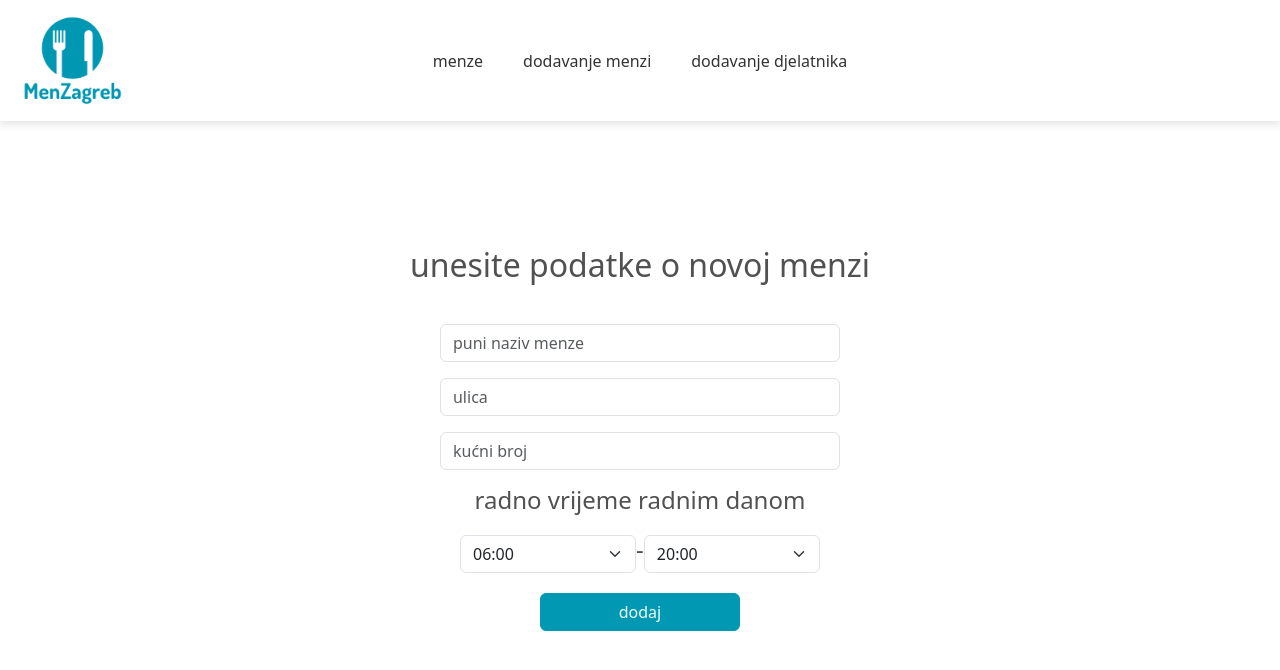
Repository: MENZG/menZg
Page: /admin/dodajMenzu (app in IzvorniKod/)
An editor plug-in stored every save of this project. The page is shown before and after the next save, followed by the edit.
The browser window is 1280 px wide. The pictures show the whole page.
The project was rebuilt for these pictures with package versions that can differ from the ones it lists, and the page was loaded fresh each time. Also part of the build but not shown: IzvorniKod/vite.config.ts, IzvorniKod/src/Components/LoginForm.tsx, IzvorniKod/src/Components/AdminLogin.tsx, IzvorniKod/src/Components/EmployeeLogin.tsx, IzvorniKod/src/Components/NavBar.tsx, IzvorniKod/src/Components/ListaMenza.tsx, IzvorniKod/src/Components/Profil.tsx, IzvorniKod/src/Components/ListaEmployees.tsx and 6 more.

Above is the page before, as saved 2024-11-07 14:07:37.

### IzvorniKod/index.html
<!DOCTYPE html>
<html lang="en">
  <head>
    <meta charset="UTF-8" />
    <meta name="viewport" content="width=device-width, initial-scale=1.0" />
    <link rel="preconnect" href="https://fonts.googleapis.com">
    <link rel="preconnect" href="https://fonts.gstatic.com" crossorigin>
    <link href="https://fonts.googleapis.com/css2?family=Poiret+One&display=swap" rel="stylesheet">
    <title>MenZG</title>
  </head>
  <body>
    <div id="root"></div>
    <script type="module" src="/src/main.tsx"></script>
  </body>
</html>

### IzvorniKod/src/App.tsx
import {
  BrowserRouter as Router,
  Routes,
  Route,
  Navigate,
} from "react-router-dom";

import LoginForm from "./Components/LoginForm.tsx";
import AdminLogin from "./Components/AdminLogin.tsx";
import "bootstrap/dist/css/bootstrap.min.css";
import EmployeeLogin from "./Components/EmployeeLogin.tsx";
import ListaMenza from "./Components/ListaMenza.tsx";
import Profil from "./Components/Profil.tsx";
import AddMenza from "./Components/AddMenza.tsx";
import AddEmployee from "./Components/AddEmployee.tsx";
import AddWorkingHours from "./Components/AddWorkingHours.tsx";
import AddMeals from "./Components/AddMeals.tsx";
import ListaMenzaAdmin from "./Components/ListaMenzaAdmin.tsx";
import ListaMenzaEmployee from "./Components/ListaMenzaEmployee.tsx";

function App() {
  return (
    <Router>
      <Routes>
        <Route path="/" element={<Navigate to="/login/student" />} />
        <Route path="/login" element={<Navigate to="/login/student" />} />
        <Route path="/login/student" element={<LoginForm />} />
        <Route path="/login/admin" element={<AdminLogin />} />
        <Route path="/login/employee" element={<EmployeeLogin />} />
        <Route path="/menze" element={<ListaMenza />} />
        <Route path="/profil" element={<Profil />} />
        <Route path="/admin/menze" element={<ListaMenzaAdmin />} />
        <Route path="/admin/dodajMenzu" element={<AddMenza />} />
        <Route path="/admin/dodajDjelatnika" element={<AddEmployee />} />
        <Route path="/djelatnik/menze" element={<ListaMenzaEmployee />} />
        <Route path="/djelatnik/dodajJelovnik" element={<AddMeals />} />
        <Route
          path="/djelatnik/dodajRadnoVrijeme"
          element={<AddWorkingHours />}
        />
      </Routes>
    </Router>
  );
}

export default App;

### IzvorniKod/src/Components/AddMenza.tsx
import NavBarAdmin from "./NavBarAdmin";
import { Button, Form } from "react-bootstrap";
import "/src/styles/AddMenza.css";

function AddMenza() {
  return (
    <>
      <NavBarAdmin />
      <div className="dodaj-menzu-container">
        <h2 className="h2">unesite podatke o novoj menzi</h2>
        <Form className="w-100" style={{ maxWidth: "400px" }}>
          <Form.Group className="mb-3">
            <Form.Control
              className="form-control"
              type="text"
              placeholder="puni naziv menze"
            />
          </Form.Group>

          <Form.Group className="mb-3">
            <Form.Control
              className="form-control"
              type="text"
              placeholder="ulica"
            />
          </Form.Group>

          <Form.Group className="mb-3">
            <Form.Control
              className="form-control"
              type="text"
              placeholder="kućni broj"
            />
          </Form.Group>

          <h4 className="h4">radno vrijeme radnim danom</h4>
          <div className="select-container">
            <select className="form-select" aria-label="Default select example">
              <option selected>06:00</option>
              <option value="6">06:00</option>
              <option value="7">07:00</option>
              <option value="8">08:00</option>
              <option value="9">09:00</option>
              <option value="10">10:00</option>
              <option value="11">11:00</option>
              <option value="12">12:00</option>
              <option value="13">13:00</option>
              <option value="14">14:00</option>
              <option value="15">15:00</option>
              <option value="16">16:00</option>
              <option value="17">17:00</option>
              <option value="18">18:00</option>
              <option value="19">19:00</option>
              <option value="20">20:00</option>
              <option value="21">21:00</option>
              <option value="22">22:00</option>
              <option value="23">23:00</option>
            </select>
            <h4 className="h4"> - </h4>
            <select className="form-select" aria-label="Default select example">
              <option selected>20:00</option>
              <option value="6">06:00</option>
              <option value="7">07:00</option>
              <option value="8">08:00</option>
              <option value="9">09:00</option>
              <option value="10">10:00</option>
              <option value="11">11:00</option>
              <option value="12">12:00</option>
              <option value="13">13:00</option>
              <option value="14">14:00</option>
              <option value="15">15:00</option>
              <option value="16">16:00</option>
              <option value="17">17:00</option>
              <option value="18">18:00</option>
              <option value="19">19:00</option>
              <option value="20">20:00</option>
              <option value="21">21:00</option>
              <option value="22">22:00</option>
              <option value="23">23:00</option>
            </select>
          </div>

          <Button variant="primary" type="submit" className="w-50 mb-3">
            dodaj
          </Button>
        </Form>
      </div>
    </>
  );
}

export default AddMenza;

### IzvorniKod/src/styles/ListaMenza.css
/*.card-container {
    display: grid;
    grid-template-columns: repeat(auto-fill, minmax(18rem, 1fr));
    gap: 1rem;
    padding: 1rem;
    justify-items: center;
    align-items: start;
    padding-top: 20vh;
  }*/

  .card-container {
    display: grid;
    grid-template-columns: repeat(3, 1fr); /* Maksimalno 3 stupca */
    gap: 1rem;
    padding: 1rem;
    justify-items: center;
    justify-content: center;
    align-items: start;
    padding-top: 24vh;
    max-width: 75vw; /* Održite ovu širinu za udaljenost od rubova */
    margin-left: auto; /* Centriranje pomoću automatskih margina */
    margin-right: auto;
  }

  /* Smanji na 2 stupca za srednje ekrane */
  @media (max-width: 768px) {
    .card-container {
      grid-template-columns: repeat(2, 1fr);
    }
  }

  /* Smanji na 1 stupac za male ekrane (mobitele) */
  @media (max-width: 480px) {
    .card-container {
      grid-template-columns: 1fr;
    }
  }

  .card {
    box-shadow: 0px 4px 8px rgba(0, 0, 0, 0.2);
    border-radius: 8px;
    transition: transform 0.3s ease;
  }

  .card:hover {
    transform: scale(1.05);
  }

  .card img {
    border-top-left-radius: 8px;
    border-top-right-radius: 8px;
    object-fit: cover;
    height: 25vh;
  }

  .btn-primary{
    background-color: #0098b3;
    color: azure;
    border-color: #0098b3;
  }

  .btn-primary:hover{
    background-color: #00758a;
    border-color: #00758a;
  }

  .button-container {
    text-align: center;
  }

### IzvorniKod/src/Components/NavBarAdmin.tsx
import "/src/styles/NavBar.css";
import { useNavigate } from "react-router-dom";
import { Button } from "react-bootstrap";

const NavBarAdmin = () => {
  const navigate = useNavigate();

  const handleOnClickMenze = () => {
    navigate("/admin/menze");
  };

  const handleOnClickAddMenza = () => {
    navigate("/admin/dodajMenzu");
  };

  const handleOnClickAddEmployee = () => {
    navigate("/admin/dodajDjelatnika");
  };
  return (
    <nav className="navbar navbar-expand-lg bg-body-tertiary navbar-bg">
      <div className="container-fluid">
        <img
          src="/src/public/MenZagreb.png"
          alt="logo slika"
          className="logo-img"
        ></img>
        <div className="nav-btn-container">
          <ul className="navbar-nav me-auto mb-2 mb-lg-0">
            <li className="nav-item">
              <Button className="nav-btn" onClick={handleOnClickMenze}>
                menze
              </Button>
            </li>
            <li className="nav-item">
              <Button className="nav-btn" onClick={handleOnClickAddMenza}>
                dodavanje menzi
              </Button>
            </li>
            <li className="nav-item">
              <Button className="nav-btn" onClick={handleOnClickAddEmployee}>
                dodavanje djelatnika
              </Button>
            </li>
          </ul>
        </div>
      </div>
    </nav>
  );
};

export default NavBarAdmin;

### IzvorniKod/src/styles/AddMenza.css
.dodaj-menzu-container{
    display: flex;
    flex-direction: column;
    align-items: center; /* Centers the children horizontally */
    justify-content: center; /* Centers the children vertically, if needed */
    text-align: center;
    padding-top: 24vh;
}

.h2{
    color: rgb(81, 81, 81);
    margin-bottom: 40px;
}
.h4{
    color: rgb(81, 81, 81);
}

body {
    display: flex;
    justify-content: center; /* Centers horizontally */
    align-items: center; /* Centers vertically */
    min-height: 100vh; /* Ensures the body takes the full height of the viewport */
    margin: 0; /* Removes default margin */
  }

.select-container{
    display: flex;
    flex-direction: row;
    margin: 20px;
}

### IzvorniKod/src/styles/AddEmployee.css
.dodaj-djelatnika-container{
    display: flex;
    flex-direction: column;
    align-items: center; /* Centers the children horizontally */
    justify-content: center; /* Centers the children vertically, if needed */
    text-align: center;
    padding-top: 24vh;
}

.h2{
    color: rgb(81, 81, 81);
    margin-bottom: 40px;
}

body {
    display: flex;
    justify-content: center; /* Centers horizontally */
    align-items: center; /* Centers vertically */
    min-height: 100vh; /* Ensures the body takes the full height of the viewport */
    margin: 0; /* Removes default margin */
  }

### IzvorniKod/src/styles/NavBar.css
.logo-img {
    height: 14vh;
    margin: 0;
}

/* Stil za navigacijske botune */
.nav-item .nav-btn {
    background: none;
    border: none;
    color: #333;
    font-weight: normal;
    cursor: pointer;
    padding: 0;
    text-decoration: none;
    margin: 0 20px;
}

.nav-item .nav-btn:hover {
    color: #0098b3;
    background: none;
}

.nav-btn-container {
    position: absolute;
    left: 50%;
    transform: translateX(-50%);
    display: flex;
    gap: 20px;
    align-items: center;
}

/* Stil za pozadinu navbara */
.navbar-bg {
    background-color: white !important;
}

/* Navbar - fiksna pozicija i stil */
.navbar {
    position: fixed;
    top: 0;
    left: 0;
    width: 100%;
    z-index: 1000;
    background-color: white;
    box-shadow: 0 4px 8px rgba(0, 0, 0, 0.1);
    padding: 10px;
}

/* Kontejner za elemente unutar navbara */
.navbar .container-fluid {
    display: flex;
    align-items: center;
    justify-content: space-between; /* Logo lijevo, ostatak desno */
    position: relative;
}

/* Centriranje logo-a */
.logo-img {
    margin-right: auto; /* Osigurava da logo ostane skroz lijevo */
}

### IzvorniKod/src/styles/ListaEmployees.css
.card-container {
    display: grid;
    grid-template-columns: repeat(3, 1fr); /* Maksimalno 3 stupca */
    gap: 1rem;
    padding: 1rem;
    justify-items: center;
    justify-content: center;
    align-items: start;
    padding-top: 10vh;
    max-width: 75vw; /* Održite ovu širinu za udaljenost od rubova */
    margin-left: auto; /* Centriranje pomoću automatskih margina */
    margin-right: auto;
  }

  /* Smanji na 2 stupca za srednje ekrane */
  @media (max-width: 768px) {
    .card-container {
      grid-template-columns: repeat(2, 1fr);
    }
  }

  /* Smanji na 1 stupac za male ekrane (mobitele) */
  @media (max-width: 480px) {
    .card-container {
      grid-template-columns: 1fr;
    }
  }

  .card {
    box-shadow: 0px 4px 8px rgba(0, 0, 0, 0.2);
    border-radius: 8px;
    transition: transform 0.3s ease;
  }

  .card:hover {
    transform: scale(1.05);
  }

  .card img {
    border-top-left-radius: 8px;
    border-top-right-radius: 8px;
    object-fit: cover;
    height: 25vh;
  }

  .btn-primary{
    background-color: #0098b3;
    color: azure;
    border-color: #0098b3;
  }

  .btn-primary:hover{
    background-color: #00758a;
    border-color: #00758a;
  }

  .button-container {
    text-align: center;
  }

Loaded but not shown: IzvorniKod/src/main.tsx (common file)

After the next save:
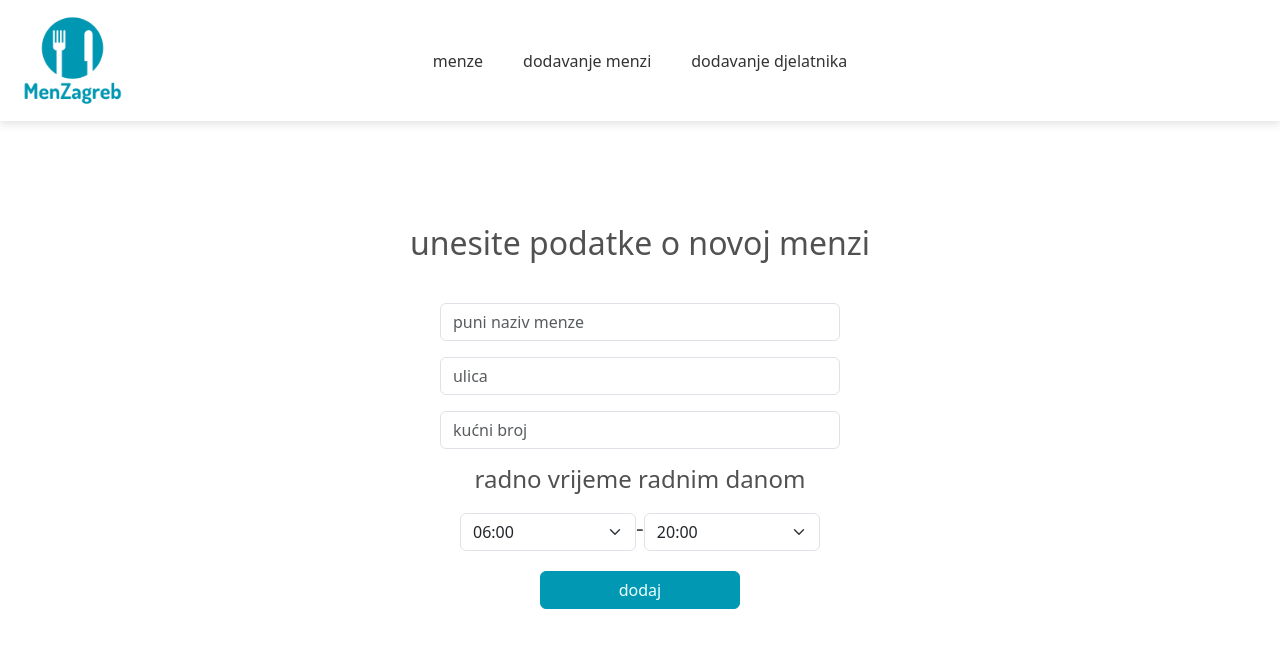
Saved 2 min 35 s later.
--- a/IzvorniKod/src/styles/AddMenza.css
+++ b/IzvorniKod/src/styles/AddMenza.css
@@ -4,7 +4,7 @@
     align-items: center; /* Centers the children horizontally */
     justify-content: center; /* Centers the children vertically, if needed */
     text-align: center;
-    padding-top: 24vh;
+    padding-top: 18vh;
 }
 
 .h2{
